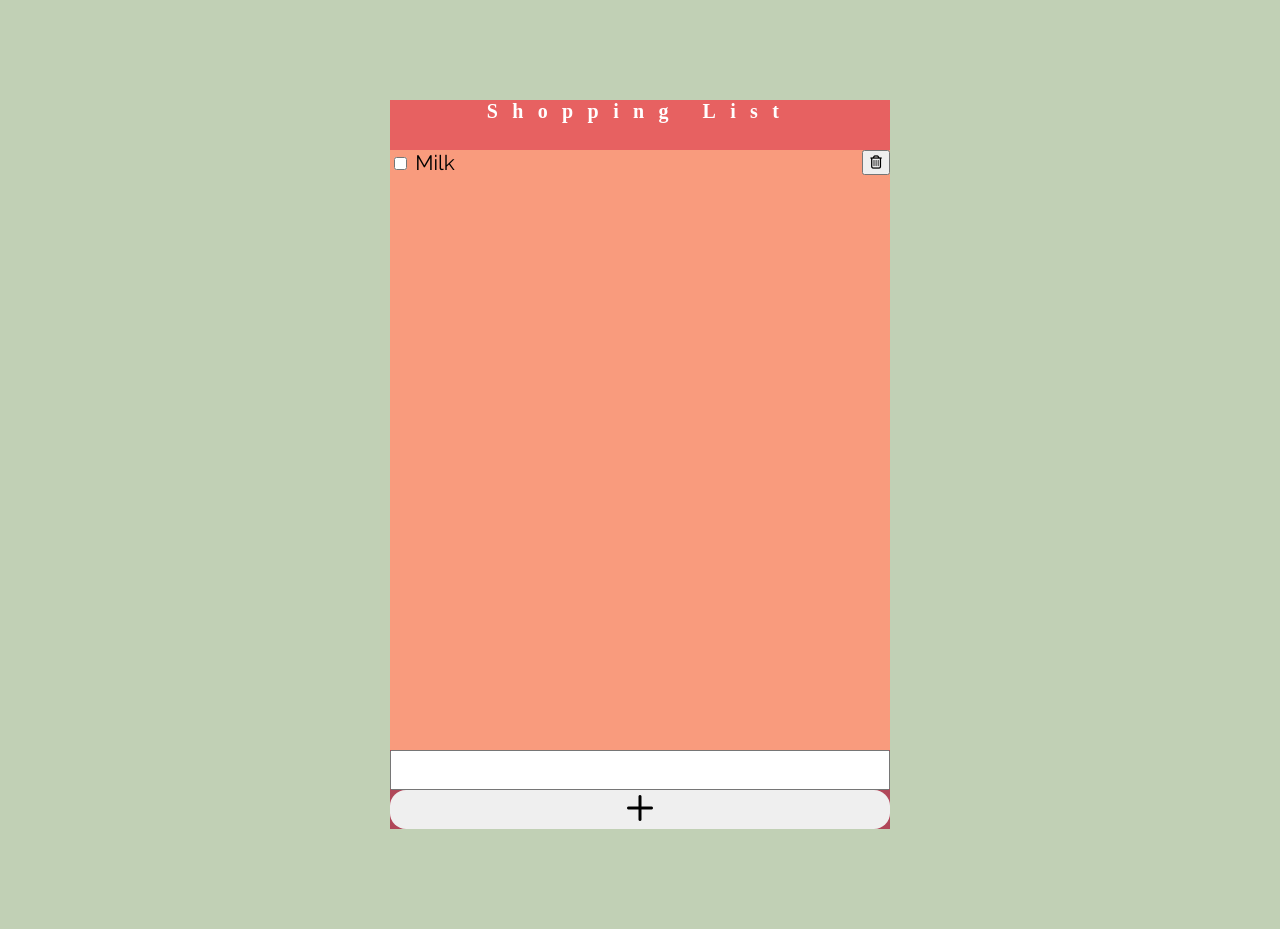
Repository: sephinejo/shopping-list-app
Page: index.html
These files come from the project's save history. The page is drawn as it stood at one moment and after the next save; the edit follows.
The browser window is 1280 px wide. The pictures show the whole page.
Some web fonts or font styles are not loaded; a fallback is used. Some web libraries are served in a nearby version.

Above is the page before, as saved 2023-05-11 23:12:55.

After the next save:
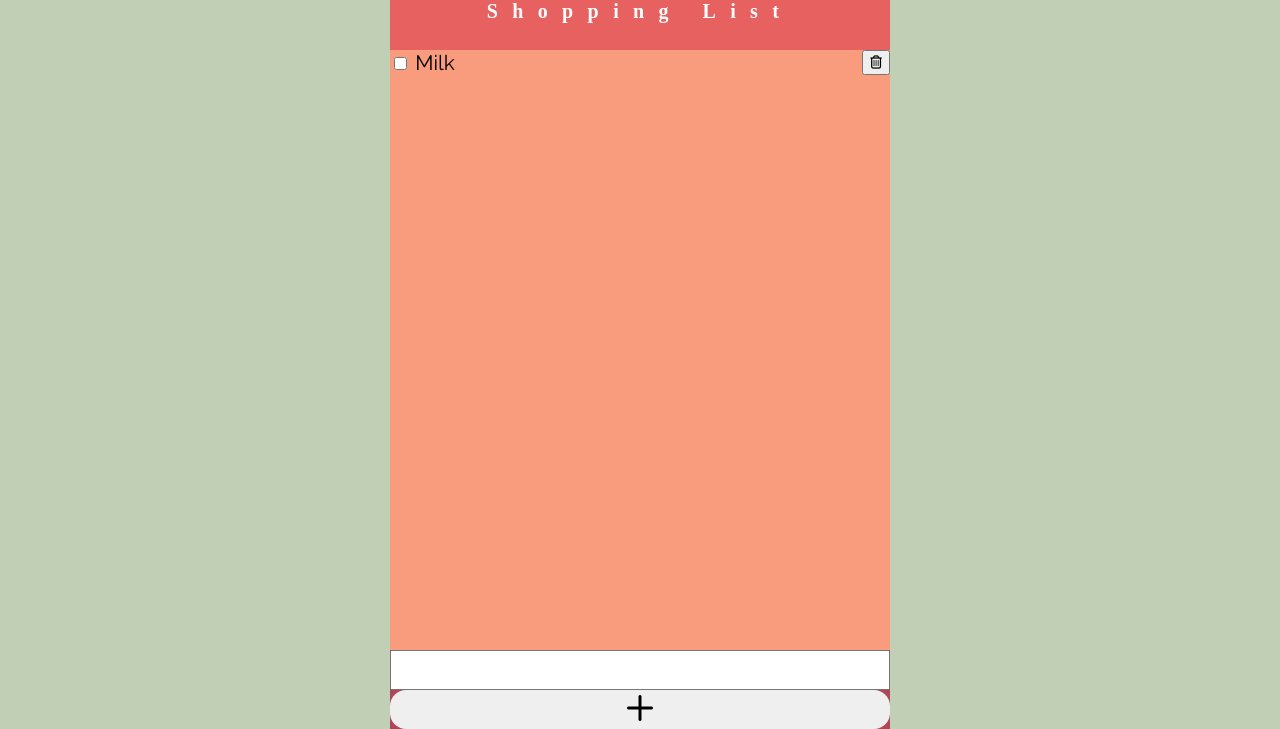
Saved 4 s later.
--- a/style.css
+++ b/style.css
@@ -8,7 +8,7 @@
 }
 
 .container {
-  margin: 100px auto;
+  margin: auto;
   width: 500px;
   display: flex;
   flex-direction: column;

After the save that followed:
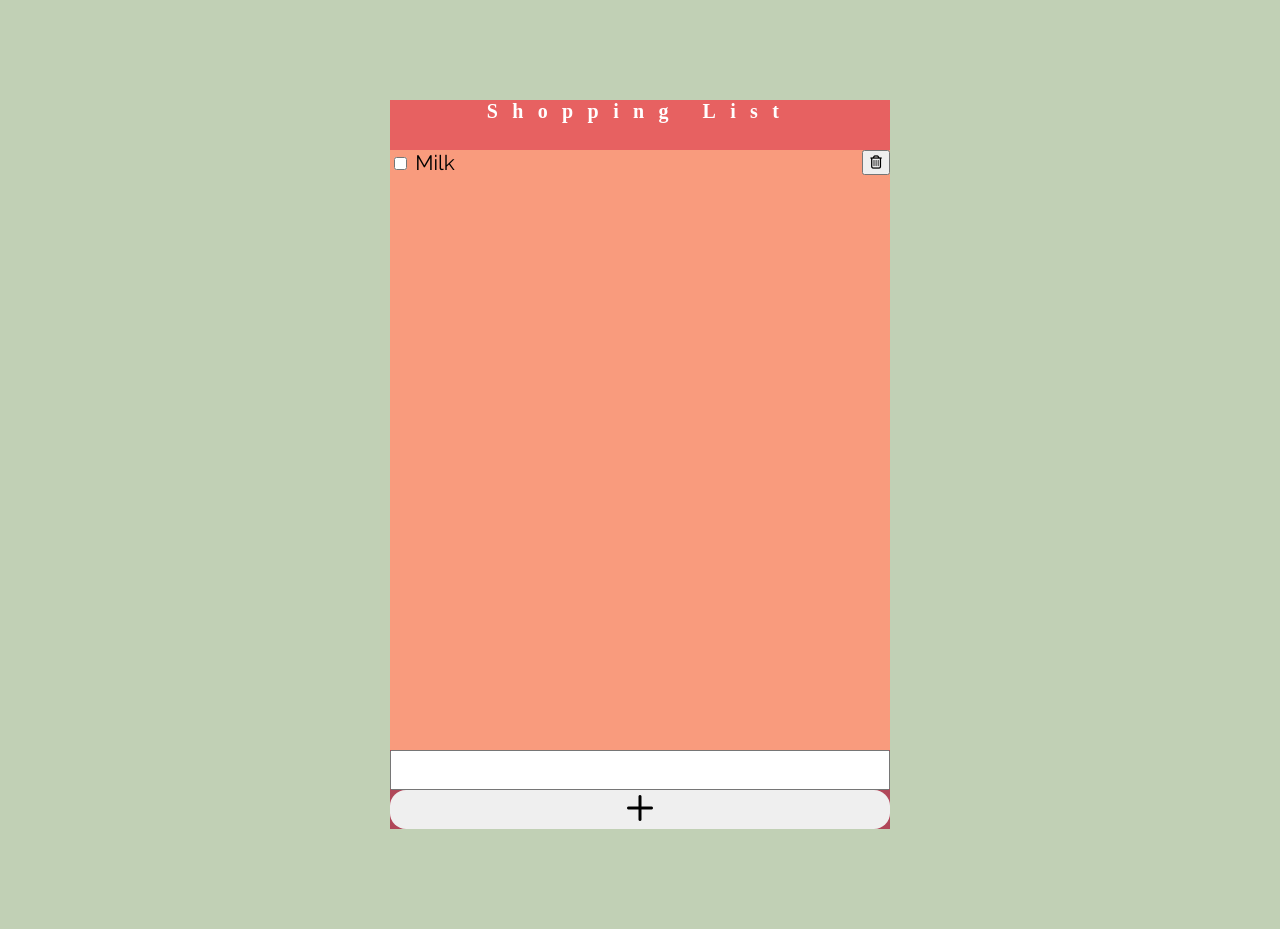
Saved 8 s later.
--- a/style.css
+++ b/style.css
@@ -8,7 +8,7 @@
 }
 
 .container {
-  margin: auto;
+  margin: 100px auto;
   width: 500px;
   display: flex;
   flex-direction: column;
